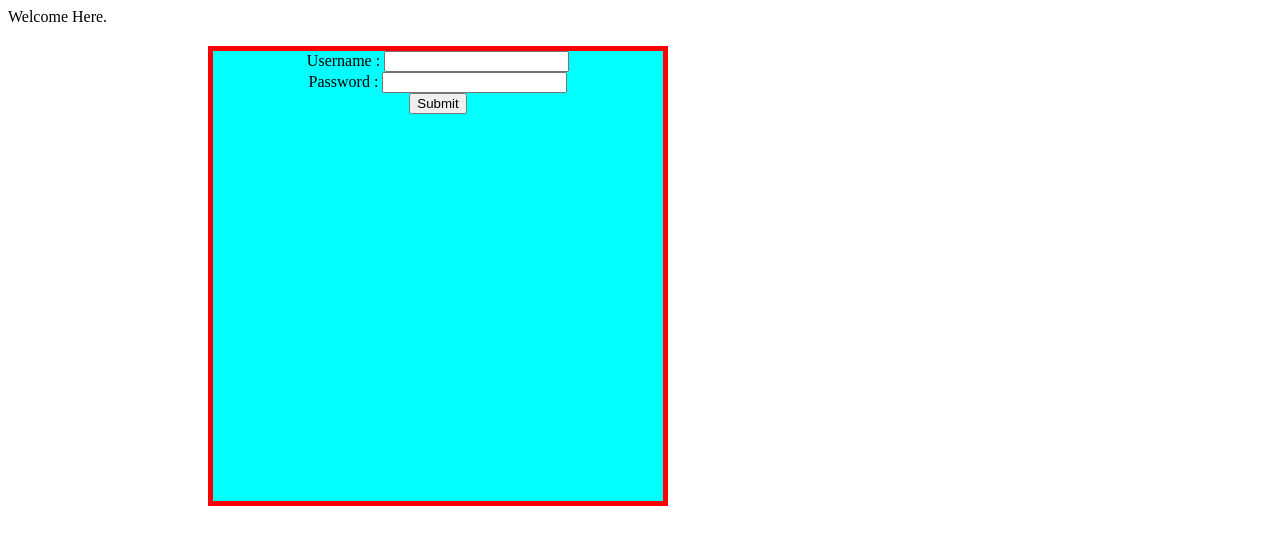
Repository: sunil965/JavaRepo
Page: WebProject/WebContent/index.html
These files come from the project's save history. The page is drawn as it stood at one moment and after the next save; the edit follows.
The browser window is 1280 px wide. The pictures show the whole page.

Above is the page before, as saved 2017-04-26 11:04:11.

After the next save:
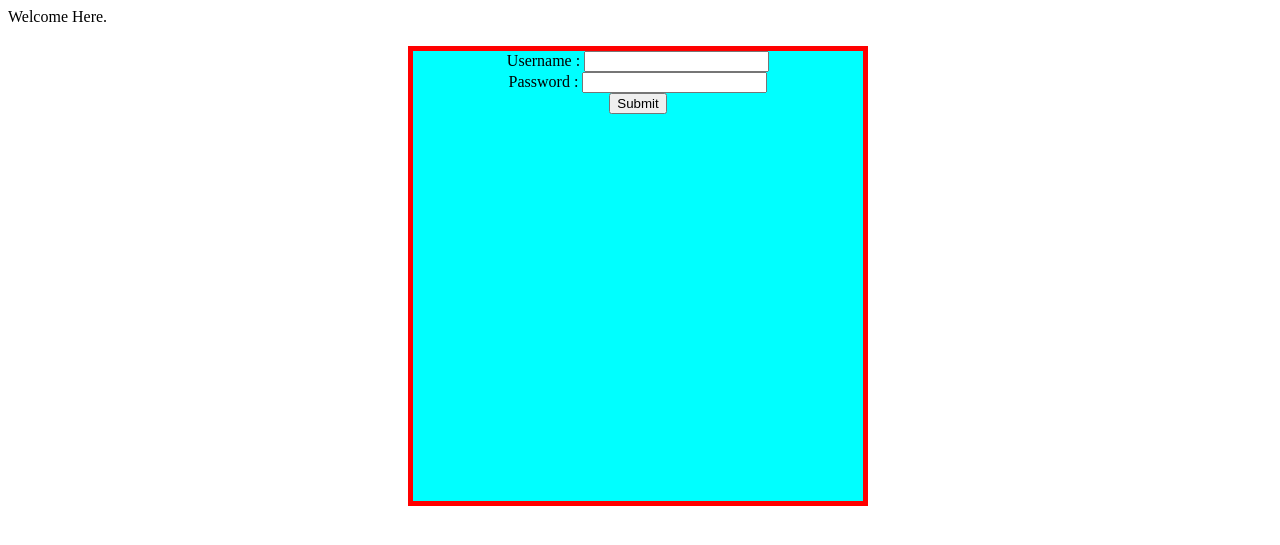
Saved 21 s later.
--- a/WebProject/WebContent/index.html
+++ b/WebProject/WebContent/index.html
@@ -10,7 +10,7 @@
    height: 450px;
    width: 450px;
    background-color: cyan;
-   margin-left: 200px;
+   margin-left: 400px;
    margin-top: 20px;
 
 
